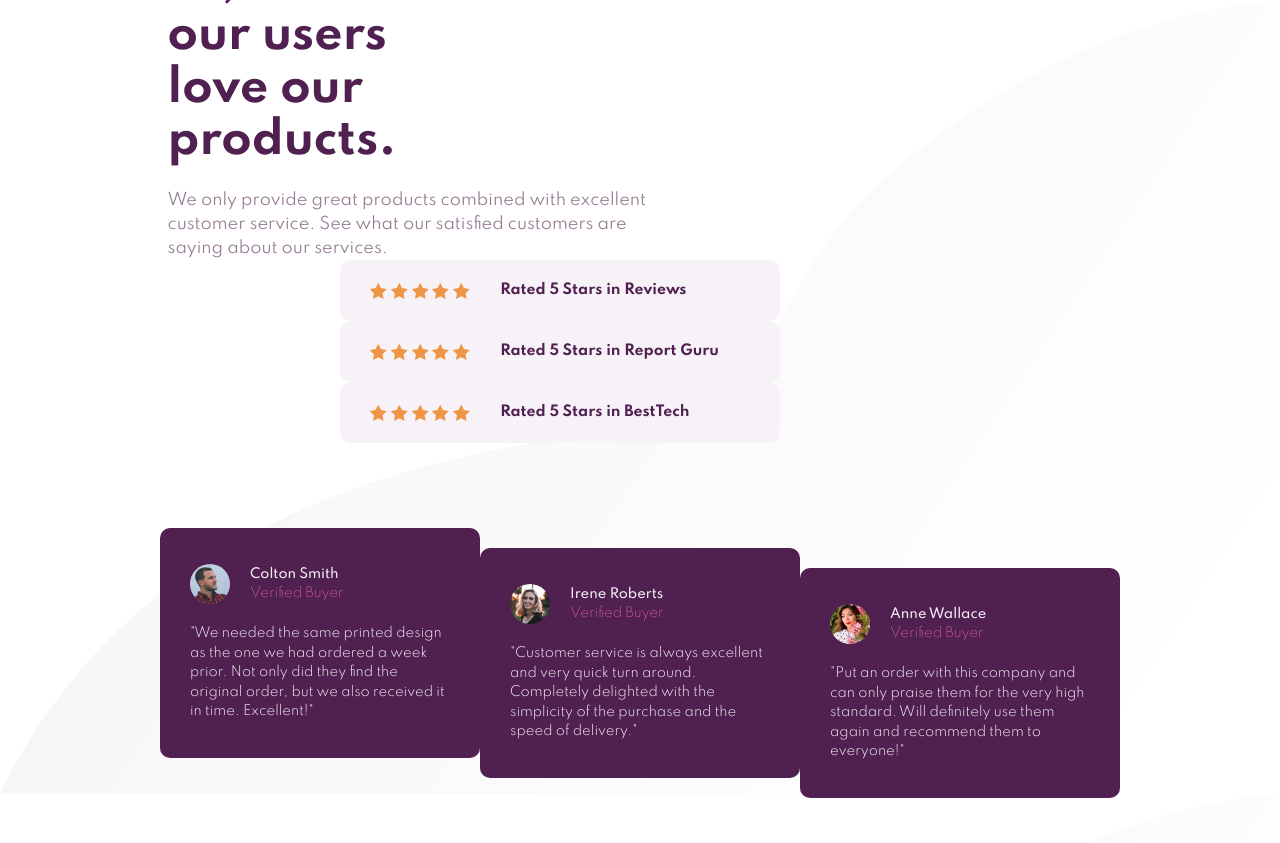
Repository: metehankasapp/social-proof-section-master
Page: index.html
These files come from the project's save history. The page is drawn as it stood at one moment and after a run of saves; the edit follows.
The browser window is 1280 px wide. The pictures show the whole page.
Some web libraries are served in a nearby version.

Above is the page before, as saved 2021-12-05 09:12:30.

After the next 2 saves:
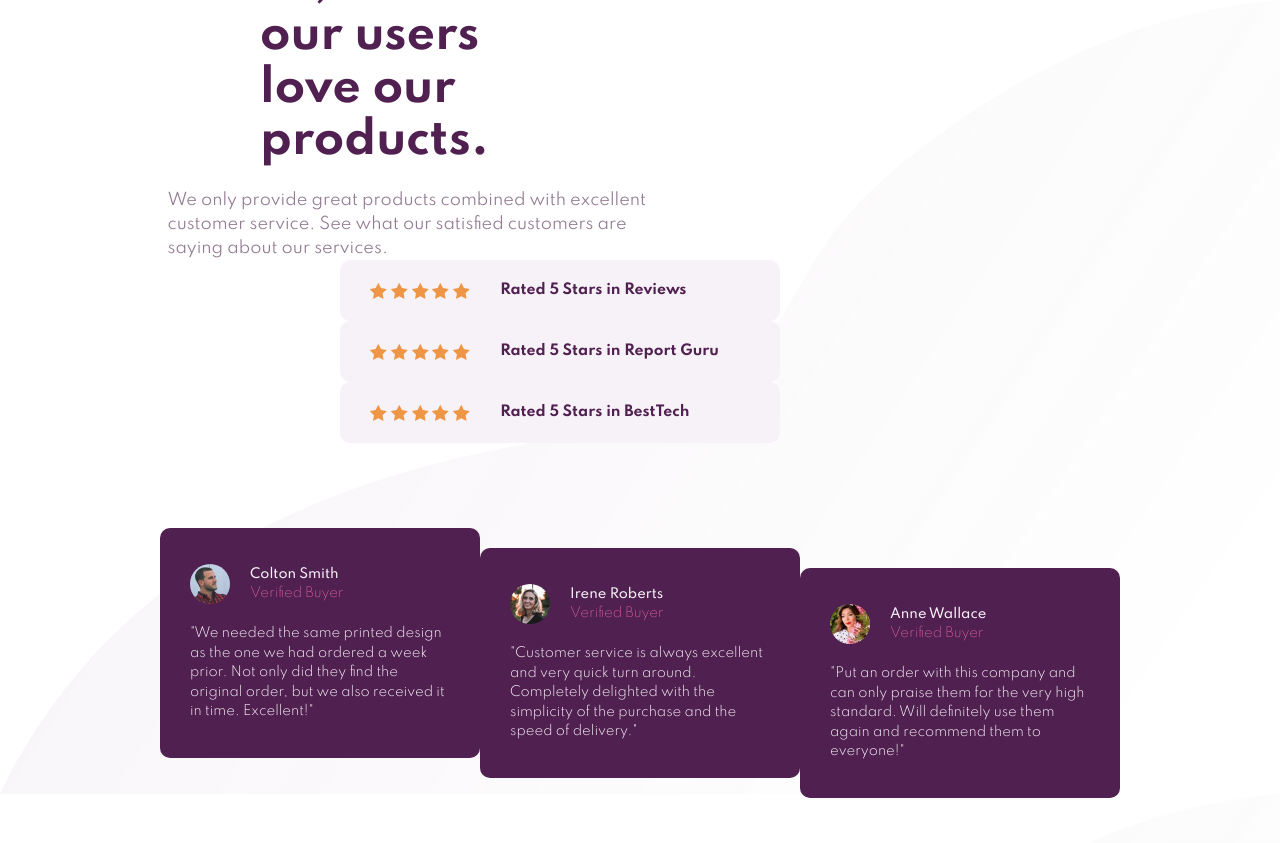
The 2 saves are shown as one change because they came seconds apart.
The last was saved 8 s later.
--- a/style.css
+++ b/style.css
@@ -32,7 +32,7 @@ body {
   display: flex;
   justify-content: center;
   flex-direction: column;
-  align-self: center;
+  align-items: center;
 }
 .header-purple h5 {
     width: 300px;
